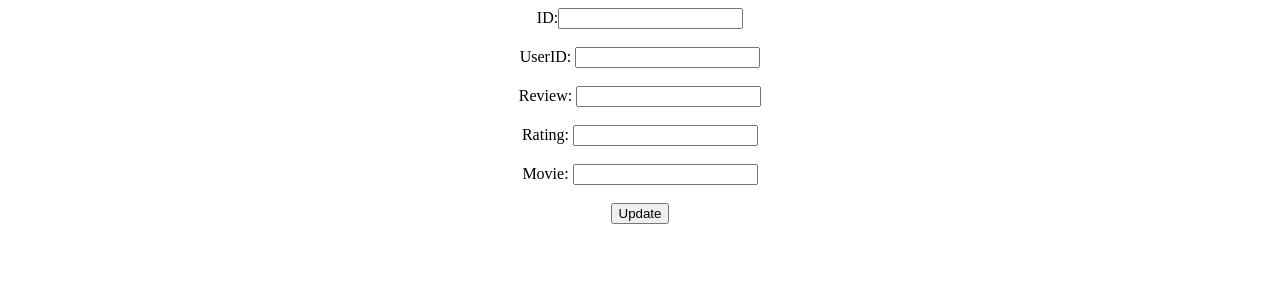
Repository: Shraddha-Khilari/Advance-JAVA
Page: http://localhost/movie-review-mvc/editreview.jsp
These files come from the project's save history. The page is drawn as it stood at one moment and after the next save; the edit follows.
The browser window is 1280 px wide. The pictures show the whole page.
The page is served by Tomcat 9.

Above is the page before, as saved 2023-11-29 07:01:17.

After the next save:
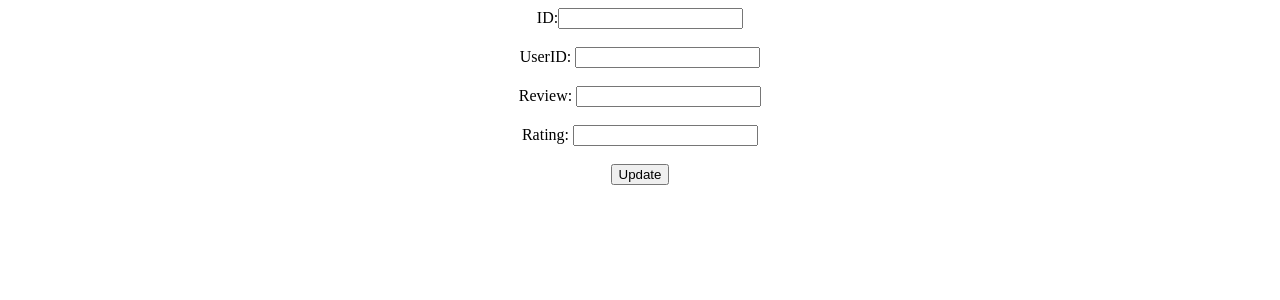
Saved 2 min 22 s later.
--- a/Day11/movie-review-mvc/src/main/webapp/editreview.jsp
+++ b/Day11/movie-review-mvc/src/main/webapp/editreview.jsp
@@ -12,8 +12,9 @@
         ID:<input type="text" name="id" value="${review.id}"readonly/><br><br>
         UserID: <input type="text" name="id" value="${review.userId}"readonly/><br><br>
         Review: <input type="text" name="review" value="${review.review}"/> <br/><br/>
+        <%-- Movie:  <input type="text" name="movieId" value="${review.movieId}"/> <br/><br/>--%>
         Rating: <input type="text" name="rating" value="${review.rating}"/> <br/><br/>
-        Movie:  <input type="text" name="movieId" value="${review.movieId}"/> <br/><br/>
+
                 <input type="submit" value="Update"/>
 </form>
 </center>
